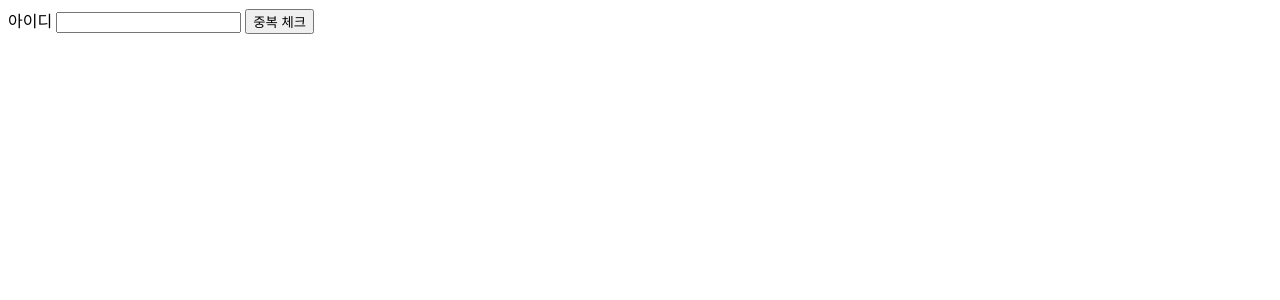
Repository: InhoKang92/jsp_1018
Page: http://localhost/Web_01/idcheck.jsp
The author's editor kept a copy of each file at every save. The page is drawn from the files as they stood at one save, then again after the next save.
The browser window is 1280 px wide. The pictures show the whole page.
The page is served by Tomcat 9.

Above is the page before, as saved 2024-10-16 04:06:05.

After the next save:
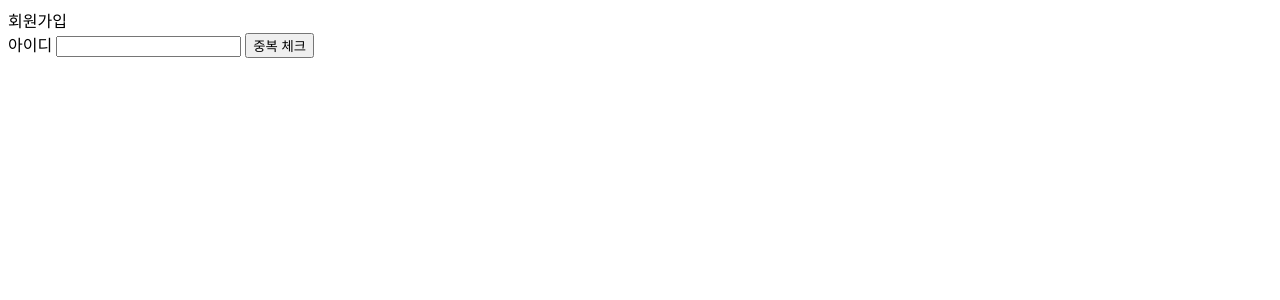
Saved 2 min 33 s later.
--- a/Web_01/src/main/webapp/idcheck.jsp
+++ b/Web_01/src/main/webapp/idcheck.jsp
@@ -14,6 +14,7 @@ pageEncoding="UTF-8"%>
 
 <form action="ModernServlet" method="get" name="frm">
 <input type="hidden" name="command" value="mdh_idcheck">
+<div class="title_box">회원가입</div>
     아이디 <input type=text name="userid" value="${userid}">
     <input type=submit value="중복 체크"> <br>
     <c:if test="${result == 1}">
